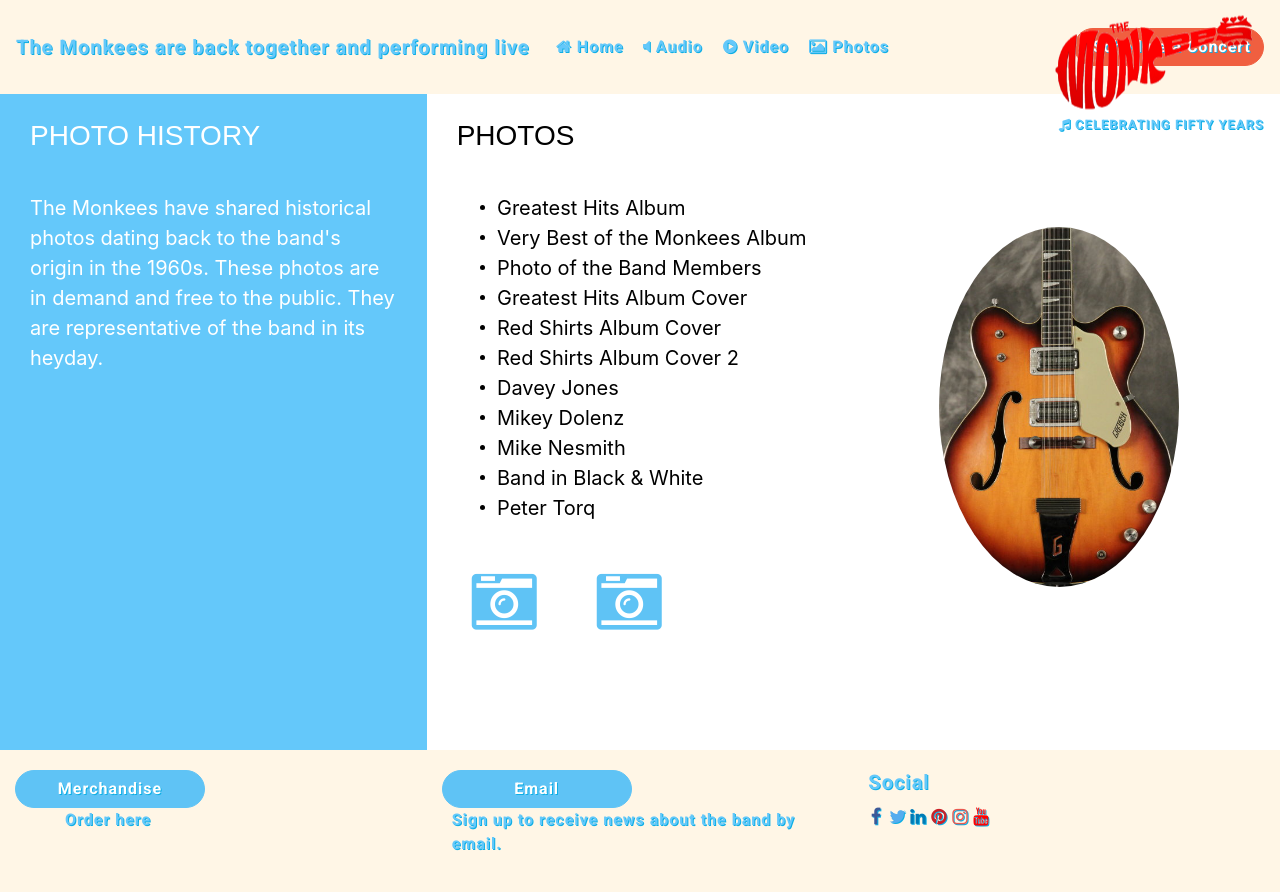
Repository: Code-Institute-Submissions/wpelizzoni-Milestone-Project-1
Page: photos.html
The author's editor kept a record of every edit. The page is drawn from the files as they stood at one moment, then again after the next edit.
The browser window is 1280 px wide. The pictures show the whole page.

Above is the page before.

### photos.html
<!DOCTYPE html>
<html lang="en">

<head>
    <meta charset="UTF-8">
    <meta name="viewport" content="width=device-width, initial-scale=1.0">
    <meta http-equiv="X-UA-Compatible" content="ie=edge">
    <link rel="stylesheet" href="https://stackpath.bootstrapcdn.com/bootstrap/4.3.1/css/bootstrap.min.css" type="text/css" />
    <link rel="stylesheet" href="https://stackpath.bootstrapcdn.com/font-awesome/4.7.0/css/font-awesome.min.css" type="text/css" />
    <link rel="stylesheet" href="https://cdnjs.cloudflare.com/ajax/libs/hover.css/2.3.1/css/hover-min.css" type="text/css" />
    <link href="https://fonts.googleapis.com/css?family=Roboto:400,700&display=swap" rel="stylesheet">
    <link rel="stylesheet" href="assets/css/style.css" type="text/css" />
    <title>Monkees | 50th Anniversary</title>
</head>



<body>
    <header>

        <div class="container-fluid ">

            <div class="row header-container d-none d-md-block">
                <div class="col-12 ">
                </div>

                <span></span>

                <div class="fifty"><i class="fa fa-music" area-hidden="true"></i> CELEBRATING FIFTY YEARS</div>
            </div>

            <div class="row header-container-phones d-block d-md-none">
                <div class="col-12 ">
                    <h3>The Monkees</h3>
                    <!-- This text will appear in the photo -->
                </div>
            </div>

        </div>
    </header>

    <nav class=" navbar navbar-dark navbar-expand-sm ">
        <div class="d-none d-sm-block ">
            <a href="/ " class="navbar-brand " style="color: #64c8fa ">The Monkees are back together and performing live</a>
        </div>


        <div>
            <ul class="navbar-nav mr-auto ">
                <li class="nav=item ">
                    <a href="index.html " class="hvr-sweep-to-right "><i class="fa fa-home " area-hidden="true " ></i> Home</a>
                </li>

                <li class="nav=item ">
                    <a href="audio.html " class="hvr-sweep-to-right "><i class="fa fa-volume-off " area-hidden="true "></i> Audio</a>
                </li>
                <li class="nav-item">
                    <a href="video.html" class="hvr-sweep-to-right "><i class="fa fa-play-circle " area-hidden="true "></i> Video</a>
                </li>
                <li class="nav=item ">
                    <a href="photos.html " class="active hvr-sweep-to-right "><i class="fa fa-picture-o " area-hidden="true "></i> Photos</a>
                </li>
            </ul>
        </div>

        <!-- Only display the next list item on a mobile device.  We did this because
                    the desktop screen doesn't look good on a mobile device -->

        <div class="nav-item mr-2 d-block d-sm-none"><a class="nav-link hvr-sweep-to-right " href="# " style="color: #5fc3f5; font-weight: bold">Sign In / Sign Up</a>

        </div>
        <!-- Only display the following text and sign up message on a desktop.
        	This is screen size medium and above.
        	The mobile sign up becomes part of the nav bar (see above) -->
        <div class="d-none d-md-block ml-auto " style="padding-top: 20px; padding-bottom: 20px ">
            <a href="# " class="btn btn--cta btn--red nav-right" data-toggle="modal" data-target="#scheduleModal">Schedule a Concert</a>
        </div>


    </nav>


    <section class="container-fluid ">

        <div class="row">

            <div class="col-md-4 bg-color-event-calendar section-column section-color-white">
                <div class="row ">
                    <div class="col-12 ">
                        <h3 class="history-heading uppercase ">
                            PHOTO HISTORY
                        </h3>
                    </div>
                </div>
                <div class="row ">
                    <div class="col-12 page-header ">
                        <blockquote class="blockquote ">
                            <p>The Monkees have shared historical photos dating back to the band's origin in the 1960s. These photos are in demand and free to the public. They are representative of the band in its heyday.
                            </p>
                        </blockquote>
                    </div>
                </div>
            </div>

            <div class="col-md-4 bg-color-schedule-event section-column ">

                <div class="row section-color-black">
                    <div class="col-12 page-header ">
                        <h3 class="text-uppercase section-heading " style="font-weight: 400">PHOTOS</h3>
                        <ul id="audio-list ">
                            <li><a href="assets/images/album.jpg" target="_blank "><span class="samples hvr-sweep-to-right " style="font-size:20px; color:black; font-weight:400">Greatest Hits Album</span></a></li>
                            <li><a href="assets/images/album2.jpg" target="_blank "><span class="samples hvr-sweep-to-right "style="font-size:20px; color:black; font-weight:400">Very Best of the Monkees Album</span></a></li>
                            <li><a href="assets/images/band.jpg" target="_blank "><span class="samples hvr-sweep-to-right "style="font-size:20px; color:black; font-weight:400">Photo of the Band Members</span></a></li>
                            <li><a href="assets/images/cover.jpg" target="_blank "><span class="samples hvr-sweep-to-right "style="font-size:20px; color:black; font-weight:400">Greatest Hits Album Cover</span></a></li>
                            <li><a href="assets/images/cover1.jpg" target="_blank "><span class="samples hvr-sweep-to-right "style="font-size:20px; color:black; font-weight:400">Red Shirts Album Cover</span></a></li>
                            <li><a href="assets/images/cover3.jpg" target="_blank "><span class="samples hvr-sweep-to-right "style="font-size:20px; color:black; font-weight:400">Red Shirts Album Cover 2</span></a></li>
                            <li><a href="assets/images/dj.jpg" target="_blank "><span class="samples hvr-sweep-to-right "style="font-size:20px; color:black; font-weight:400">Davey Jones</span></a></li>
                            <li><a href="assets/images/md.jpg" target="_blank "><span class="samples hvr-sweep-to-right "style="font-size:20px; color:black; font-weight:400">Mikey Dolenz</span></a></li>
                            <li><a href="assets/images/mn.jpg" target="_blank "><span class="samples hvr-sweep-to-right "style="font-size:20px; color:black; font-weight:400">Mike Nesmith</span></a></li>
                            <li><a href="assets/images/monkees.jpg" target="_blank "><span class="samples hvr-sweep-to-right "style="font-size:20px; color:black; font-weight:400">Band in Black & White</span></a></li>
                            <li><a href="assets/images/pt.jpg" target="_blank "><span class="samples hvr-sweep-to-right "style="font-size:20px; color:black; font-weight:400">Peter Torq</span></a></li>
                        </ul>

                         <div class="d-block d-sm-none section-color-blue">
                            <hr class="block-divider block-divider--medium block-divider--blue">
                        </div>

                        <div class="row ">
                            <i class="fa fa-camera-retro" style="font-size: 65px; padding: 30px; color: #5fc3f5" aria-hidden="true "></i>
                            <i class="fa fa-camera-retro" style="font-size: 65px; padding: 30px; color: #5fc3f5" aria-hidden="true "></i>
                        </div>
                    </div>
                </div>
            </div>

            <div class="col-md-4 section-column section-photo-row section-photo-column">

                <div class="row media">
                    <div>
                        <img src="assets/otherimages/Greisch.jpg" height="360" width="240" proportional="true" class="rounded-circle mr-3" />
                    </div>
                </div>
            </div>

        </div>
    </section>




    <footer class="container-fluid ">
        <div id="footer-details " class="row ">
            <div class="col-sm-4 ">
                <!--  <div class="d-block d-sm-none "><a href="# " style="color: #64c8fa; font-weight: bold ">Merchandise</a> -->
                <!--  <div class="mr-2 d-block d-sm-none "><a class=href="# " style="color: #64c8fa; font-weight: bold ">Merchandise</a> -->
                <!-- </div> -->

                <div class="d-block d-sm-none ">
                    <h5 class="uppercase general-sub ">Merchandise</h5>
                    <p class="inline-block " style="font-weight: bold ">
                        Purchase merchandise here.
                        <a href="# " target="_blank ">
                        <i class="fa fa-tags " aria-hidden="true "></i>
                        <span class="sr-only ">Merchandise</span>
                    </a>
                    </p>
                </div>

                <!-- Only display the following text and sign up message on a desktop.
        	    This is screen size medium and above. -->
                <div class="d-none d-md-block ">
                    <a href="# " class="btn btn--cta btn--blue" data-toggle="modal" data-target="#merchandiseModal">Merchandise</a>
                    <p style="padding-left: 50px; font-weight: bold">Order here</p>
                </div>
            </div>

            <div class="col-sm-4 ">
                <div class="d-block d-sm-none">
                    <h5 class="uppercase general-sub ">Email</h5>
                    <p class="inline-block " style="font-weight: bold ">
                        Sign up to receive news about the band by email.
                        <a href="# " target="_blank ">
                        <i class="fa fa-reply " aria-hidden="true "></i>
                        <span class="sr-only ">Email</span>
                    </a>
                    </p>
                </div>

                <!-- Only display the following text and sign up message on a desktop.
        	    This is screen size medium and above. -->
                <div class="d-none d-md-block ">
                    <a href="# " class="btn btn--cta btn--blue" data-toggle="modal" data-target="#emailModal">Email</a>
                    <p style="padding-left: 10px; font-weight: bold">Sign up to receive news about the band by email.</p>
                </div>
            </div>


            <div class="col-sm-4 ">
                <h5 class="uppercase general-sub " style="font-weight:bold">Social</h5>
                <ul class="list-inline social-links ">
                    <li class="list-inline-item ">
                        <a target="_blank " href="# " style="color: #3b5998 ">
                            <i class="fa fa-facebook " aria-hidden="true "></i>
                            <span class="sr-only ">Facebook</span>
                        </a>
                    </li>
                    <li class="list-inline-item ">
                        <a target="_blank " href="# " style="color: #55acee ">
                            <i class="fa fa-twitter " aria-hidden="true "></i>
                            <span class="sr-only ">Twitter</span>
                        </a>
                    </li>
                    <li class="list-inline-item ">
                        <a target="_blank " href="#" style=" color: #007bb5 ">
                            <i class="fa fa-linkedin " aria-hidden="true "></i>
                            <span class="sr-only ">LinkedIn</span>
                        </a>
                    </li>
                    <li class="list-inline-item ">
                        <a target="_blank " href="# " style="color: #cb2027 ">
                            <i class="fa fa-pinterest " aria-hidden="true "></i>
                            <span class="sr-only " >Pinterest</span>
                        </a>
                    </li>
                    <li class="list-inline-item ">
                        <a target="_blank " href="# " style="color: #e95950 ">
                            <i class="fa fa-instagram " aria-hidden="true "></i>
                            <span class="sr-only ">Instagram</span>
                        </a>
                    </li>
                    <li class="list-inline-item ">
                        <a target="_blank " href="# " style="color: #ff0000 ">
                            <i class="fa fa-youtube " aria-hidden="true "></i>
                            <span class="sr-only " >Youtube</span>
                        </a>
                    </li>
                </ul>
            </div>
        </div>

    </footer>

    <div class="modal" tabindex="-1" role="dialog" id="scheduleModal">
        <div class="modal-dialog" role="document">
            <div class="modal-content">
                <div class="modal-header">
                    <h5 class="modal-title">Request a Live Performance!</h5>
                    <button type="button" class="close" data-dismiss="modal" aria-label="Close">
                      <span aria-hidden="true">&times;</span>
                    </button>
                </div>
                <div class="modal-body">
                    <form <div class="form-group">
                        <label for="exampleInputEmail1">Email address</label>
                        <input type="email" class="form-control" id="exampleInputEmail1" aria-describedby="emailHelp " placeholder="Enter email">
                        <small id="emailHelp" class="form-text text-muted">We'll never share your email with anyone else.</small>


                        <div class="form-group">
                            <label for="exampleFormControlTextarea1">Enter a detailed request including dates, location and venue</label>
                            <textarea class="form-control" id="exampleFormControlTextarea1" rows="10"></textarea>
                        </div>

                        <button type="submit" class="btn btn-success">Submit</button>
                </div>
                </form>
            </div>
        </div>
    </div>
    </div>

    <div class="modal" tabindex="-1" role="dialog" id="merchandiseModal">
        <div class="modal-dialog" role="document">
            <div class="modal-content">
                <div class="modal-header">
                    <h5 class="modal-title">Order Merchandise!</h5>
                    <button type="button" class="close" data-dismiss="modal" aria-label="Close">
                      <span aria-hidden="true">&times;</span>
                    </button>
                </div>
                <div class="modal-body">
                    <form>
                        <div class="form-row">
                            <div class="form-group col-md-6">
                                <label for="inputEmail4">Email</label>
                                <input type="email" class="form-control" id="inputEmail4" placeholder="Email">
                            </div>
                            <div class="form-group col-md-6">
                                <label for="inputPassword4">Password</label>
                                <input type="password" class="form-control" id="inputPassword4" placeholder="Password">
                            </div>
                        </div>
                        <div class="form-group">
                            <label for="inputAddress">Address</label>
                            <input type="text" class="form-control" id="inputAddress" placeholder="1234 Main St">
                        </div>
                        <div class="form-group">
                            <label for="inputAddress2">Address 2</label>
                            <input type="text" class="form-control" id="inputAddress2" placeholder="Apartment, studio, or floor">
                        </div>
                        <div class="form-row">
                            <div class="form-group col-md-6">
                                <label for="inputCity">City</label>
                                <input type="text" class="form-control" id="inputCity">
                            </div>
                            <div class="form-group col-md-4">
                                <label for="inputState">State</label>
                                <select id="inputState" class="form-control">
                                <option selected>Choose...</option>
                                <option>...</option>
                         </select>
                            </div>
                            <div class="form-group col-md-2">
                                <label for="inputZip">Zip</label>
                                <input type="text" class="form-control" id="inputZip">
                            </div>
                        </div>

                        <div class="custom-control custom-radio">
                            <input type="radio" id="customRadio1" name="customRadio" class="custom-control-input">
                            <label class="custom-control-label" for="customRadio1">Visa</label>
                        </div>
                        <div class="custom-control custom-radio">
                            <input type="radio" id="customRadio2" name="customRadio" class="custom-control-input">
                            <label class="custom-control-label">MasterCard</label>
                        </div>
                        <div class="custom-control custom-radio">
                            <input type="radio" id="customRadio2" name="customRadio" class="custom-control-input">
                            <label class="custom-control-label" for="customRadio2">American Express</label>
                        </div>
                        <br>
                        <div class="form-group">
                            <label for="formGroupExampleInput">Card Number</label>
                            <input type="text" class="form-control" id="formGroupExampleInput" placeholder="1234-5678-912">
                        </div>
                        <div class="form-group">
                            <label for="formGroupExampleInput2">Expiration Date</label>
                            <input type="text" class="form-control" id="formGroupExampleInput2" placeholder="MM/DD/YYYY">
                        </div>
                        <div class="form-group">
                            <label for="exampleFormControlSelect1">Make Selection</label>
                            <select class="form-control" id="exampleFormControlSelect1">
                              <option>T-Shirt -> $25</option>
                              <option>Mug -> $15</option>
                              <option>Hat --> $17</option>
                              <option>Decal --> $9</option>
                              <option>Water Bottle -> $22</option>
                            </select>
                        </div>
                    </form>
                    <button type="submit" class="btn btn-primary">Submit</button>
                    </form>
                </div>
            </div>
        </div>
    </div>

    <div class="modal" tabindex="-1" role="dialog" id="emailModal">
        <div class="modal-dialog" role="document">
            <div class="modal-content">
                <div class="modal-header">
                    <h5 class="modal-title">Register!</h5>
                    <button type="button" class="close" data-dismiss="modal" aria-label="Close">
                      <span aria-hidden="true">&times;</span>
                    </button>
                </div>
                <div class="modal-body">
                    <form <div class="form-group">
                        <div class="form-group">
                            <label for="formGroupExampleInput">First Name</label>
                            <input type="text" class="form-control" id="formGroupExampleInput" placeholder="">
                        </div>
                        <div class="form-group">
                            <label for="formGroupExampleInput2">Middle Name</label>
                            <input type="text" class="form-control" id="formGroupExampleInput2" placeholder="">
                        </div>
                        <div class="form-group">
                            <label for="formGroupExampleInput2">Last Name</label>
                            <input type="text" class="form-control" id="formGroupExampleInput2" placeholder="">
                        </div>
                        <label for="exampleInputEmail1">Email address</label>
                        <input type="email" class="form-control" id="exampleInputEmail1" aria-describedby="emailHelp " placeholder="Enter email">
                        <small id="emailHelp" class="form-text text-muted">We'll never share your email with anyone else.</small>

                        <div class="form-group">
                            <label for="password">Password</label>
                            <input type="password" class="form-control" id="password" placeholder="Password">
                        </div>
                        <div class="form-group">
                            <label for="repeatPassword">Repeat Password</label>
                            <input type="password" class="form-control" id="repeatPassword" placeholder="RepeatPassword">
                        </div>
                </div>

                <button type="submit" class="btn btn-success">Submit</button>
                </form>
            </div>
        </div>
    </div>
    </div>


    <script src="https://code.jquery.com/jquery-3.3.1.slim.min.js " integrity="sha384-q8i/X+965DzO0rT7abK41JStQIAqVgRVzpbzo5smXKp4YfRvH+8abtTE1Pi6jizo " crossorigin="anonymous"></script>
    <script src="https://cdnjs.cloudflare.com/ajax/libs/popper.js/1.14.7/umd/popper.min.js " integrity="sha384-UO2eT0CpHqdSJQ6hJty5KVphtPhzWj9WO1clHTMGa3JDZwrnQq4sF86dIHNDz0W1 " crossorigin="anonymous"></script>
    <!-- Paste Bootstrap Javascript link here -->
    <script src="https://stackpath.bootstrapcdn.com/bootstrap/4.3.1/js/bootstrap.min.js " integrity="sha384-JjSmVgyd0p3pXB1rRibZUAYoIIy6OrQ6VrjIEaFf/nJGzIxFDsf4x0xIM+B07jRM " crossorigin="anonymous"></script>

</body>

Loaded but not shown: assets/css/style.css (458 lines, source omitted)

After the next edit:
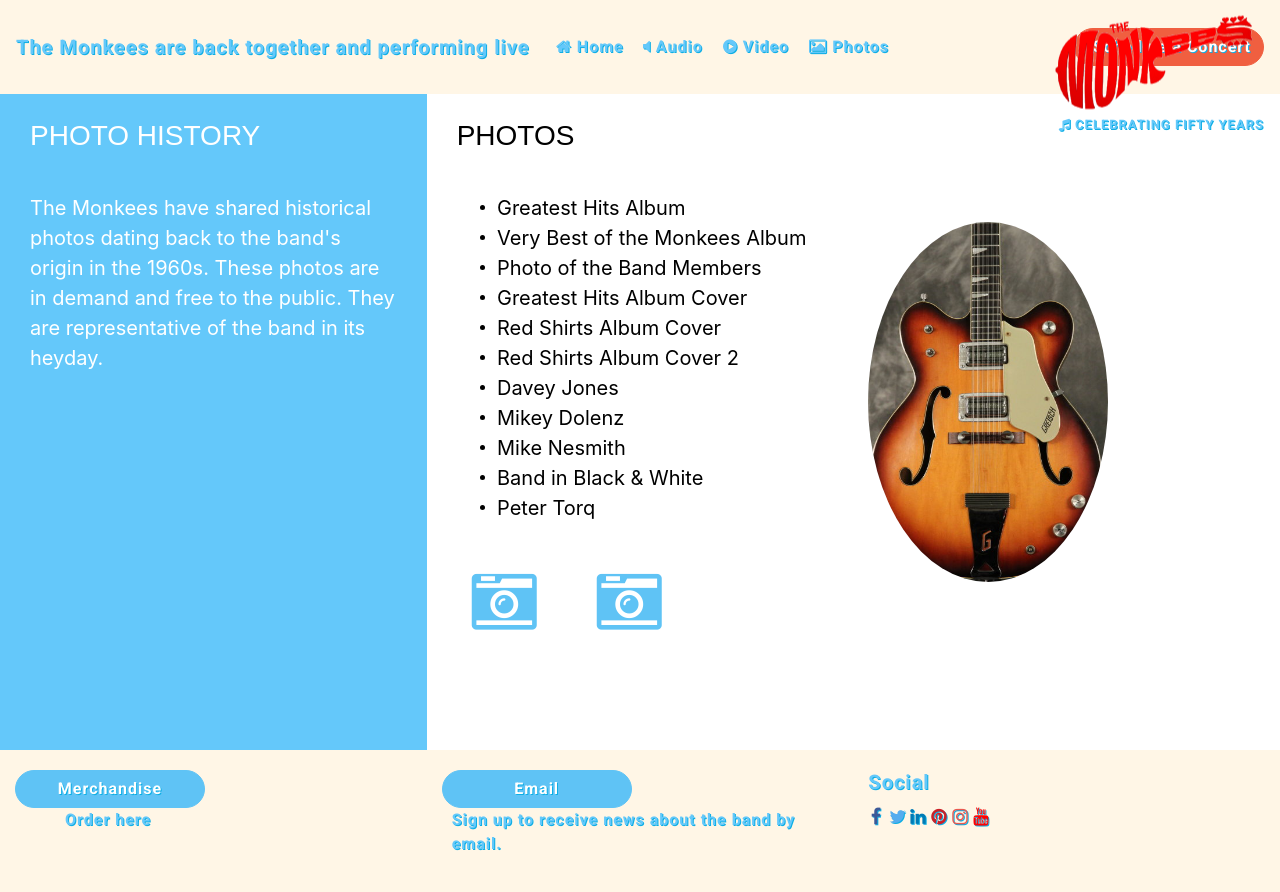
The edit:
--- a/photos.html
+++ b/photos.html
@@ -133,7 +133,7 @@
                 </div>
             </div>
 
-            <div class="col-md-4 section-column section-photo-row section-photo-column">
+            <div class="col-md-4 d-none d-md-block section-column section-photo-row section-photo-column">
 
                 <div class="row media">
                     <div>
